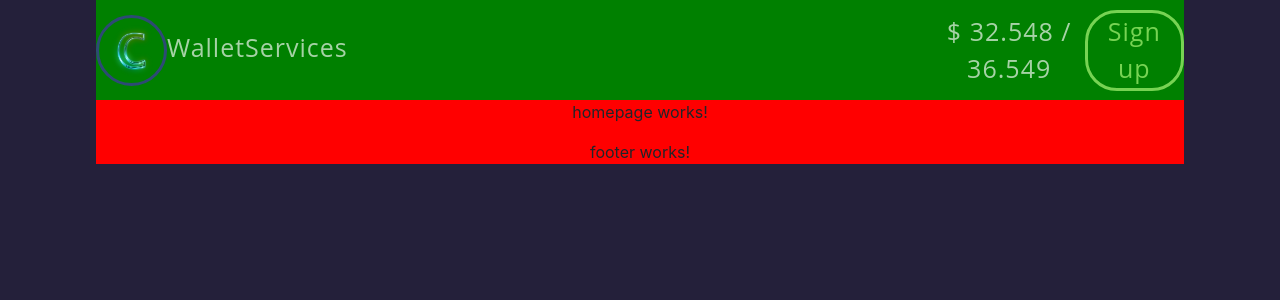
Repository: YuriyBen/Corzbank
Page: / (app in Corzbank.Web/ClientApp/)
These files come from the project's save history. The page is drawn as it stood at one moment and after the next save; the edit follows.
The browser window is 1280 px wide. The pictures show the whole page.
The project was rebuilt for these pictures with package versions that can differ from the ones it lists, and the page was loaded fresh each time. Also part of the build but not shown: Corzbank.Web/ClientApp/angular.json.

Above is the page before, as saved 2022-05-19 20:05:05.

After the next save:
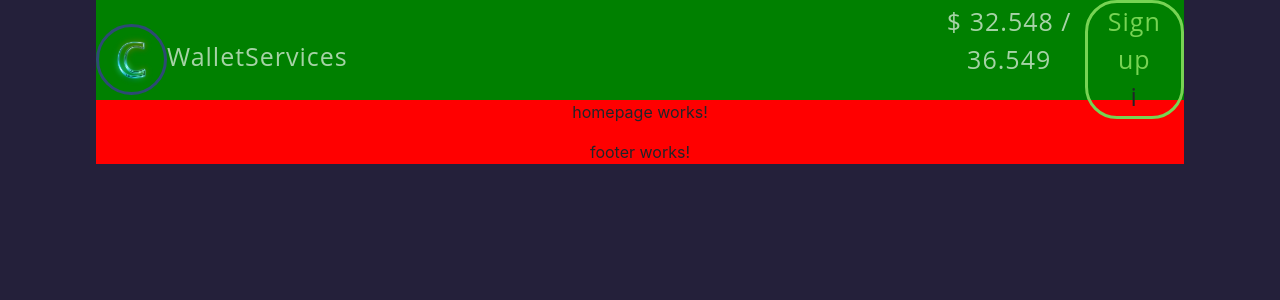
Saved 20 s later.
--- a/Corzbank.Web/ClientApp/src/app/header/header.component.html
+++ b/Corzbank.Web/ClientApp/src/app/header/header.component.html
@@ -12,6 +12,7 @@
         </div>
         <div class="account">
             <p>Sign up</p>
+            i
         </div>
     </div>
 </div>

After the 2 saves that followed:
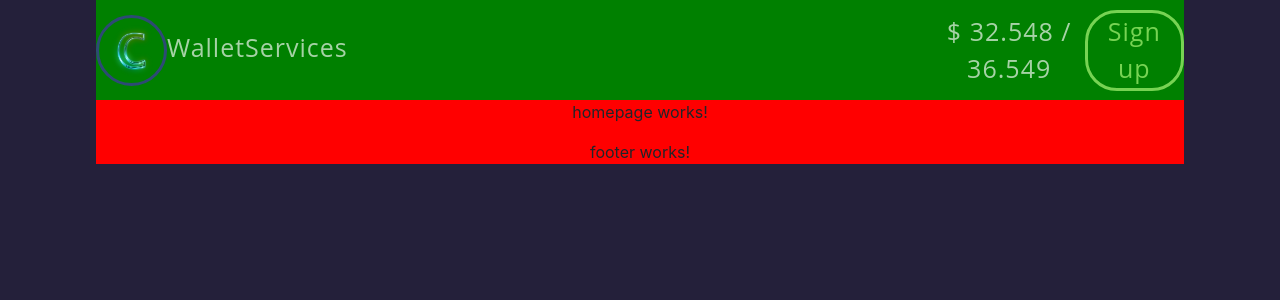
The 2 saves are shown as one change because they came seconds apart.
The last was saved 8 s later.
--- a/Corzbank.Web/ClientApp/src/app/header/header.component.html
+++ b/Corzbank.Web/ClientApp/src/app/header/header.component.html
@@ -12,7 +12,7 @@
         </div>
         <div class="account">
             <p>Sign up</p>
-            i
+            <i class=""></i>
         </div>
     </div>
 </div>
